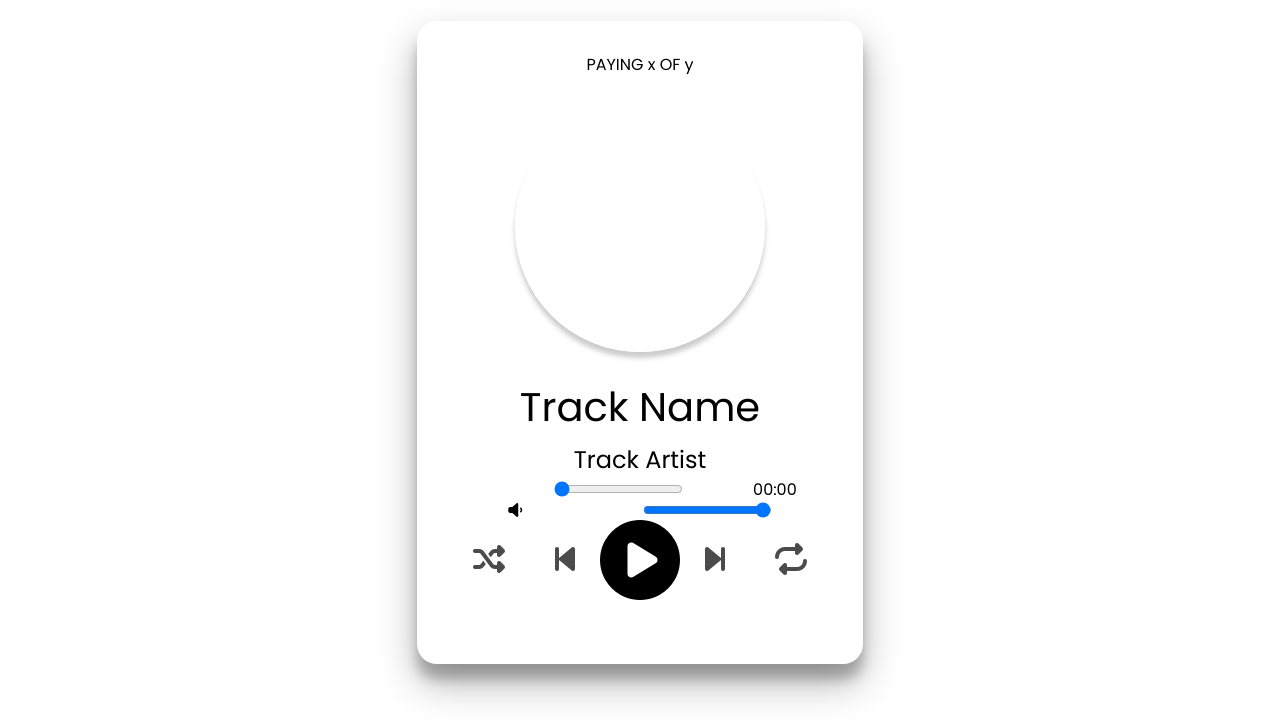
Repository: NguyenVietPhuQuy/Javascript-AudioPlayer
Page: index.html
An editor plug-in stored every save of this project. The page is shown before and after the next save, followed by the edit.
The browser window is 1280 px wide. The pictures show the whole page.

Above is the page before, as saved 2022-11-09 08:38:41.

### index.html
<!DOCTYPE html>
<html lang="en">
<head>
    <meta charset="UTF-8">
    <meta http-equiv="X-UA-Compatible" content="IE=edge">
    <meta name="viewport" content="width=device-width, initial-scale=1.0">
    <title>Music Player</title>
    <!--Font-Awesome-->
    <link rel="stylesheet" href="https://cdnjs.cloudflare.com/ajax/libs/font-awesome/6.2.0/css/all.min.css">
    <!--Css-->
    <link rel="stylesheet" href="index.css">
</head>
<body>
    <div class="player">
        <div class="wrapper">
            <div class="details">
                <div class="now-playing">PAYING x OF y</div>
                <div class="track-art"></div>
                <div class="track-name">Track Name</div>
                <div class="track-artist">Track Artist</div>
            </div>

            <div class="slider_container">
                <div class="current-time"></div>
                <input type="range" min="1" max="100" value="0"
                class="seek_slider" onchange="seekTo()">
                <div class="total-duration">00:00</div>
            </div>

            <div class="slider_container">
                <i class="fa fa-volume-down"></i>
                <input type="range" min="1" max="100" value="99"
                class="volume_slider" onchange="setVolume()">
            </div>

            <div class="buttons">
                <div class="random-track">
                    <i class="fas fa-random fa-2x" title="random"
                    onclick="randomTrack()"></i>
                </div>

                <div class="prev-track">
                    <i class="fas fa-step-backward fa-2x"
                    onclick="prevTrack()"></i>
                </div>

                <div class="playePause-track">
                    <i class="fas fa-play-circle fa-5x"
                    onclick="playPauseTrack()"></i>
                </div>

                <div class="next-track">
                    <i class="fas fa-step-forward fa-2x"
                    onclick="nextTrack()"></i>
                </div>

                <div class="repeat-track">
                    <i class="fas fa-repeat fa-2x" title="repeat"
                    onclick="repeatTrack()"></i>
                </div>
            </div>

            <div id="wave">
                <span class="stroke"></span>
                <span class="stroke"></span>
                <span class="stroke"></span>
                <span class="stroke"></span>
                <span class="stroke"></span>
                <span class="stroke"></span>
                <span class="stroke"></span>
            </div>
        </div>
    </div>
    <!--Main-->
    <script src="index.js"></script>
</body>
</html>

### index.css
/*Font Google and base*/
@import url('https://fonts.googleapis.com/css2?family=Poppins&display=swap');
*{
    font-family: 'Poppins',sans-serif;
    box-sizing: border-box;
    margin: 0 auto;
}
img{
    width: 100%;
}
/*Main*/
.player{
    height: 95vh;
    display: flex;
    align-items: center;
    flex-direction: column;
    justify-content: center;
}
.wrapper{
    border: 1px solid transparent;
    padding: 30px;
    border-radius: 20px;
    box-shadow: rgba(0, 0, 0, 0.3) 0 19px 38px, rgba(0, 0, 0, 0.22) 0 15px 12px
}
.details{
    display: flex;
    align-items: center;
    flex-direction: column;
    justify-content: center;
}
.track-art{
    margin: 25px;
    height: 250px;
    width: 250px;
    border: 2px solid #fff;
    background-size: cover;
    background-position: center;
    box-shadow: 0px 6px 5px #ccc;
    border-radius: 190px;
}
.now-playing {
    font-size: 1rem;
}
.track-name{
    font-size: 2.5rem;
}
.track-artist{
    margin-top: 5px;
    font-size: 1.5rem;
}
.buttons{
    display: flex;
    flex-direction: row;
    align-items: center;
    margin-bottom: 30px;
}
.active{
    color: black;
}
.repeat-track
,.random-track
,.playPause-track
,.prev-track
,.next-track{
    padding: 25px;
    opacity: 0.7;
    transition: opacity .2s;
}
.repeat-track:hover
,.random-track:hover
,.playPause-track:hover
,.prev-track:hover
,.next-track:hover{
    opacity: 1;
}
.slider_container{
    display: flex;
    justify-content: center;
    align-items: center;
}

Loaded but not shown: index.js (no copy from this time; the picture is the same without it)

After the next save:
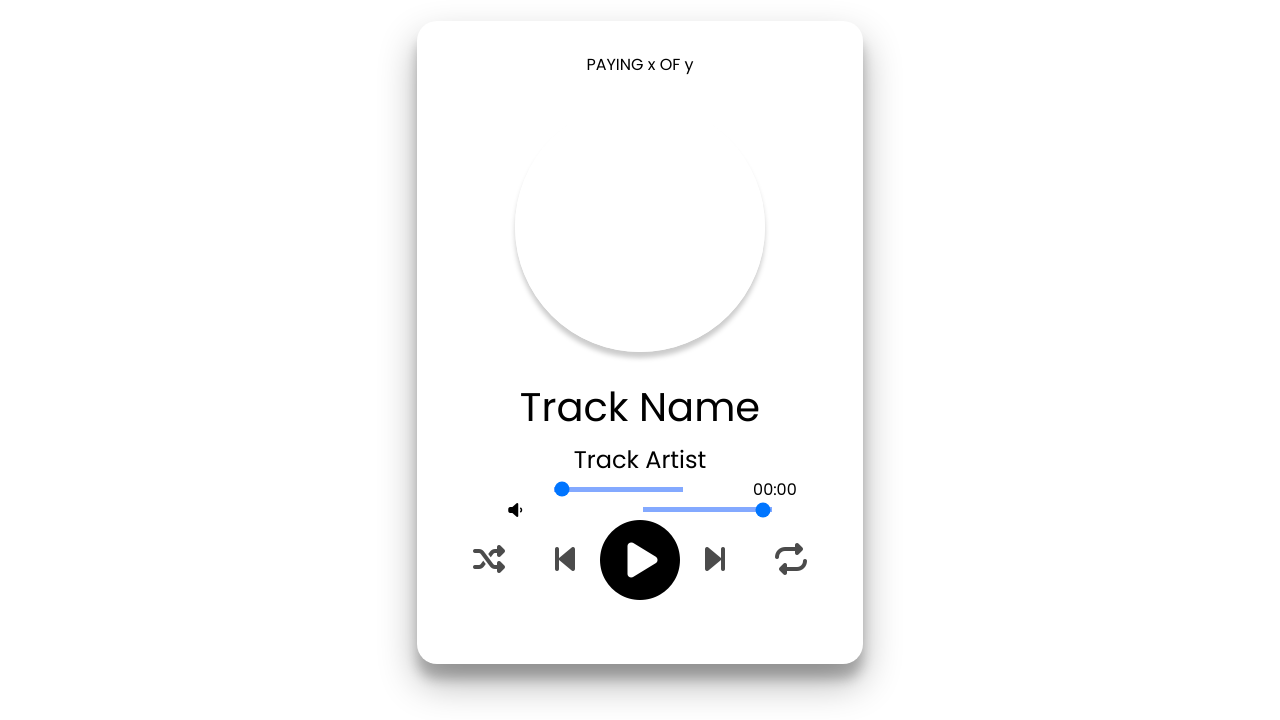
Saved 41 s later.
--- a/index.css
+++ b/index.css
@@ -78,3 +78,9 @@ img{
     justify-content: center;
     align-items: center;
 }
+.seek_slider,
+.volume_slider{
+    appearance: none;
+    height: 5px;
+    background-color: #83a9ff;
+}
